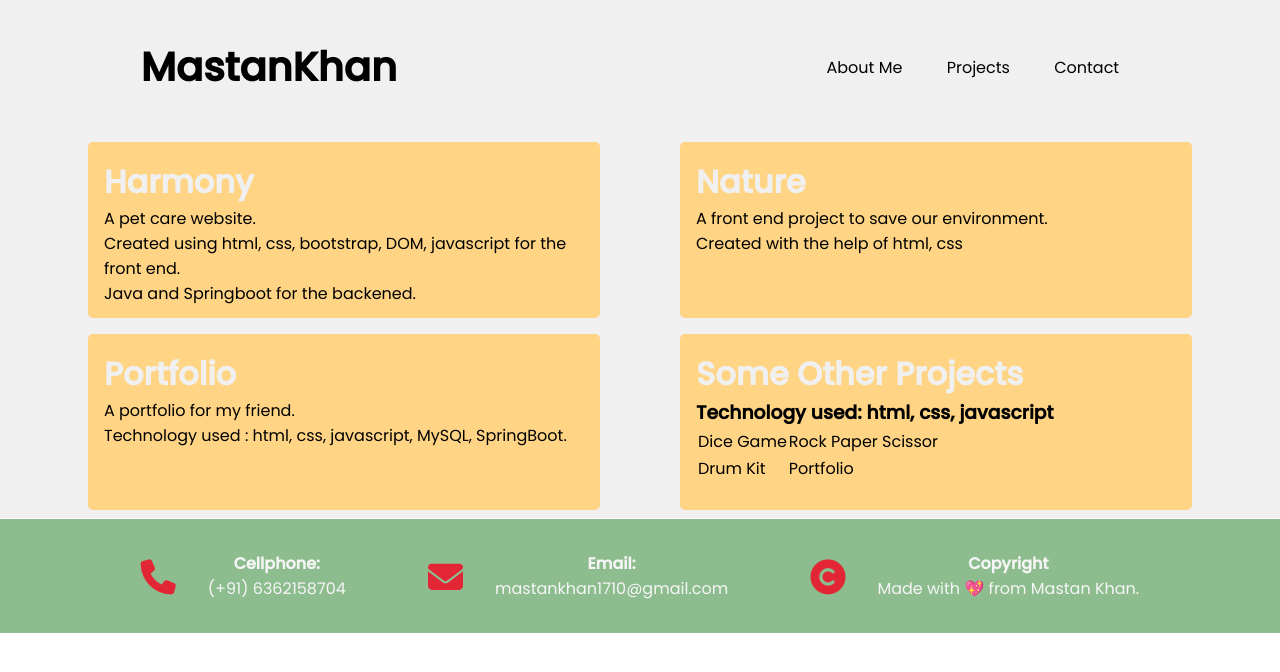
Repository: MastanKhan1/my_resume
Page: http://localhost/projects
An editor plug-in stored every save of this project. The page is shown before and after the next save, followed by the edit.
The browser window is 1280 px wide. The pictures show the whole page.
Some web fonts or font styles are not loaded; a fallback is used. The page is this project's Thymeleaf template; nobody is signed in. The template is opened directly, without the code that normally fills it, so the values that code supplies are empty.

Above is the page before, as saved 2023-10-06 07:15:57.

After the next save:
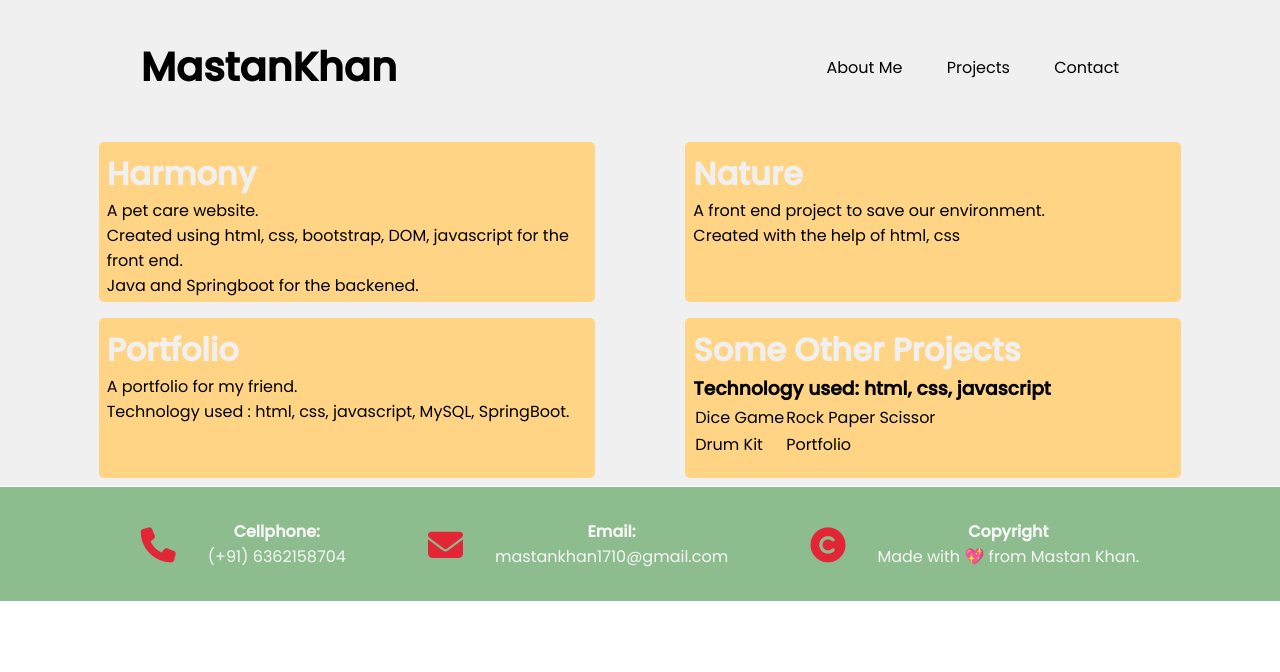
Saved 23 s later.
--- a/portfolio/src/main/resources/static/styles.css
+++ b/portfolio/src/main/resources/static/styles.css
@@ -243,7 +243,7 @@ i{
     width: 30rem;
     height: 9rem;
     margin: 0.5rem;
-    padding: 1rem;
+    padding: 0.5rem;
     border-radius: 5px;
     /* background-image: linear-gradient(to bottom, #FFA500, #ffca68); */
     background-color: #ffd484;
